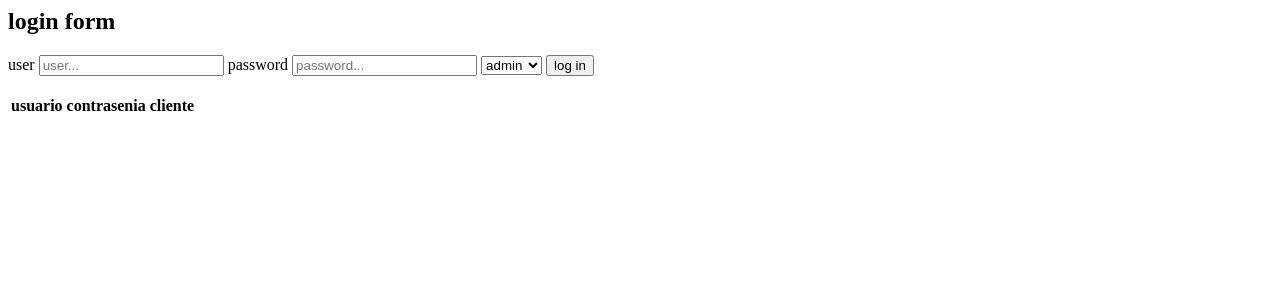
Repository: marianatudo/trabajo-final-progra-2
Page: templates/myReservations.html
An editor plug-in stored every save of this project. The page is shown before and after the next save, followed by the edit.
The browser window is 1280 px wide. The pictures show the whole page.

Above is the page before, as saved 2021-03-23 16:19:33.

After the next save:
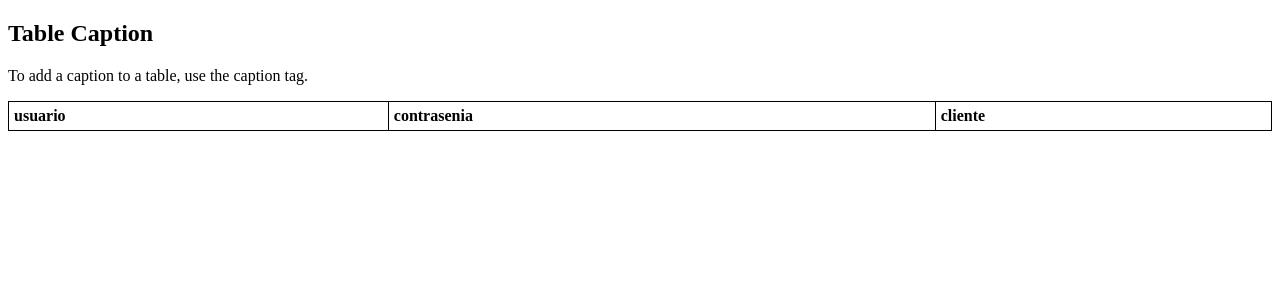
Saved 90 s later.
--- a/templates/myReservations.html
+++ b/templates/myReservations.html
@@ -1,28 +1,36 @@
-<div class="container">
-    <h2>login form</h2>
-    <span>user</span>
-    <input type="text" name="user" id="user" placeholder="user...">
-    <span>password</span>
-    <input type="text" name="passw" id="passw" placeholder="password...">
+<!DOCTYPE html>
+<html>
 
+<head>
+    <style>
+        table,
+        th,
+        td {
+            border: 1px solid black;
+            border-collapse: collapse;
+        }
 
-    <select id="rol" name="rol">
-        <option id="rol">admin</option>
-        <option id="rol">cliente</option>
-    </select>
-    <button onclick="logIn()">log in</button>
-    <br><br>
-</div>
+        th,
+        td {
+            padding: 5px;
+            text-align: left;
+        }
+    </style>
+</head>
 
-<div>
-    <div>
-        <table>
-            <tr>
-                <th>usuario</th>
-                <th>contrasenia</th>
-                <th>cliente</th>
-            </tr>
+<body>
 
-        </table>
-    </div>
-</div>
+    <h2>Table Caption</h2>
+    <p>To add a caption to a table, use the caption tag.</p>
+
+    <table style="width:100%">
+        <tr>
+            <th>usuario</th>
+            <th>contrasenia</th>
+            <th>cliente</th>
+        </tr>
+    </table>
+
+</body>
+
+</html>
